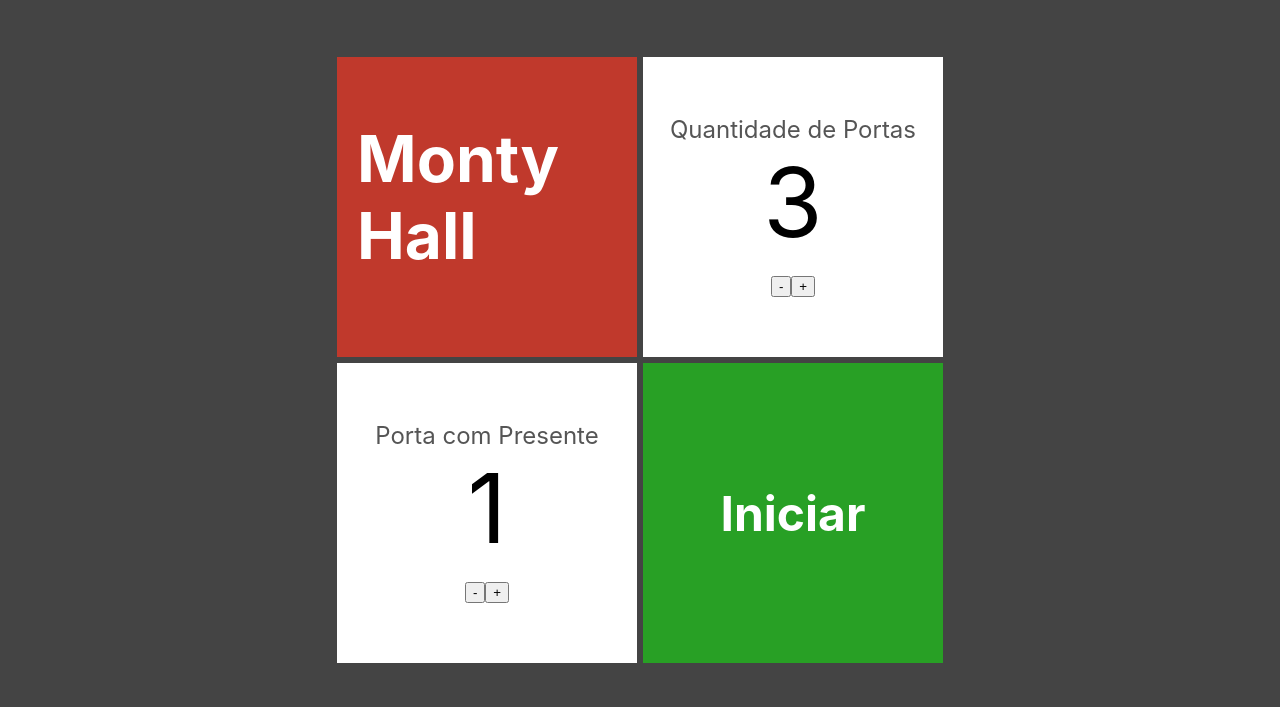
Repository: Mira757/Projeto-Porta-Premiada
Page: /
These files come from the project's save history. The page is drawn as it stood at one moment and after the next save; the edit follows.
The browser window is 1280 px wide. The pictures show the whole page.
The project was rebuilt for these pictures with package versions that can differ from the ones it lists, and the page was loaded fresh each time. The framework's server and built-in components were replaced by stand-ins that run in the browser. Also part of the build but not shown: next.config.js.

Above is the page before, as saved 2022-03-22 19:10:50.

### pages/index.tsx
import styles from "../styles/Formulario.module.css"
import Cartao from "../components/Cartao"
import Link from "next/link"
import EntradaNumerica from "../components/EntradaNumerica"
import { useState } from "react"

export default function Formulario () {

  const [qtdePortas,setQtdePortas] = useState(3)
  const [comPresente,setcomPresente] = useState(1)

  return (
    <div className={styles.formulario}>
    <div>
      <Cartao bgcolor="#c0392c"><h1>Monty Hall</h1></Cartao>
      <Cartao>
        <EntradaNumerica text="Quantidade de Portas" value={qtdePortas} onChange={novaQtde => setQtdePortas(novaQtde)}/>
      </Cartao>
    </div>
    <div>
      <Cartao>
      <EntradaNumerica text="Porta com Presente" value={comPresente} onChange={novaPortaComPresente => setcomPresente(novaPortaComPresente)}/>
      </Cartao>
      <Cartao bgcolor="#28a025">
        <Link href={`/jogo/${qtdePortas}/${comPresente}`}>
          <h2 className={styles.link}>Iniciar</h2>
        </Link>
      </Cartao>
    </div>
    </div>
  )
}

### styles/globals.css
html,
body {
  padding: 0;
  margin: 0;
  font-family: -apple-system, BlinkMacSystemFont, Segoe UI, Roboto, Oxygen,
    Ubuntu, Cantarell, Fira Sans, Droid Sans, Helvetica Neue, sans-serif;
  background-color: #444;
  color: #fff;
}

a {
  color: inherit;
  text-decoration: none;
}

* {
  box-sizing: border-box;
}

### styles/Formulario.module.css
.formulario {
  display: flex;
  flex-direction: column;
  justify-content: center;
  align-items: center;
  height: 100vh;
}

.formulario > div {
  display: flex;
}

.link {
  display: flex;
  justify-content: center;
  align-items: center;
  margin: 0;
  flex: 1;
  cursor: pointer;
}

### components/Cartao.tsx
import styles from "../styles/Cartao.module.css"

interface CartaoProps {
  bgcolor?: string
  children?: any
}

export default function Cartao(props) {
  return (
    <div className={styles.cartao} style={{
      backgroundColor: props.bgcolor ?? "#fff"
    }}>
      {props.children}
    </div>
  )
}

### components/EntradaNumerica.tsx
import styles from "../styles/EntradaNumerica.module.css"

interface EntradaNumericaProps {
  text: string
  value: number
  onChange: (newValue: number) => void
}

export default function EntradaNumerica(props: EntradaNumericaProps) {

  const dec = () => props.onChange(props.value - 1)
  const inc = () => props.onChange(props.value + 1)

  return (
    <div className={styles.entradaNumerica}>
      <span className={styles.text}>{props.text}</span>
      <span className={styles.value}>{props.value}</span>
      <div>
        <button className={styles.btn} onClick={dec}>-</button>
        <button className={styles.btn} onClick={inc}>+</button>
      </div>
    </div>
  )
}

### styles/Cartao.module.css
.cartao {
  display: flex;
  width: 300px;
  height: 300px;
  color: #fff;
  font-size: 2rem;
  padding: 20px;
  margin: 3px;
}

### styles/EntradaNumerica.module.css
.entradaNumerica {
  display: flex;
  flex: 1;
  flex-direction: column;
  align-items: center;
  justify-content: center;
  color: #000;
}

.text {
  color: #555;
  font-size: 1.5rem;
}

.value {
  font-size: 6rem;
}

Loaded but not shown: pages/_app.js (common file)

After the next save:
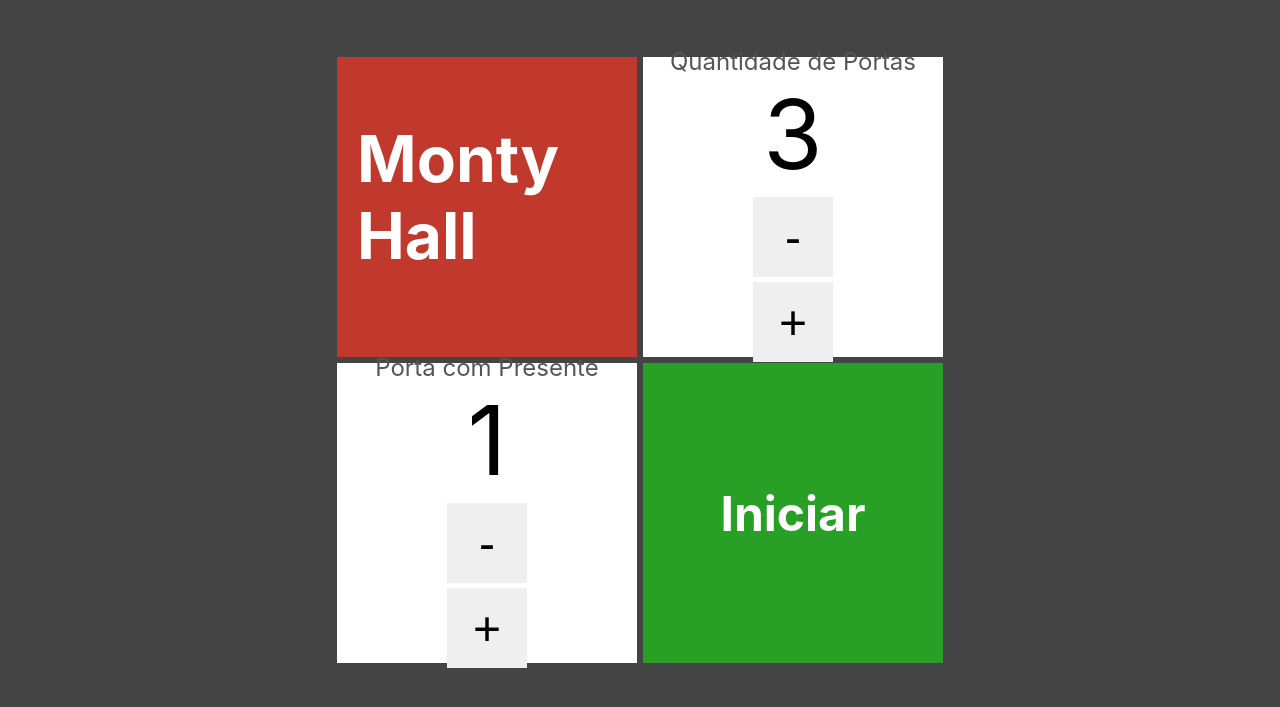
Saved 54 s later.
--- a/styles/EntradaNumerica.module.css
+++ b/styles/EntradaNumerica.module.css
@@ -15,3 +15,14 @@
 .value {
   font-size: 6rem;
 }
+
+.btn {
+  display: flex;
+  justify-content: center;
+  align-items: center;
+  font-size: 3rem;
+  height: 80px;
+  width: 80px;
+  margin: 5px;
+  border: none;
+}
